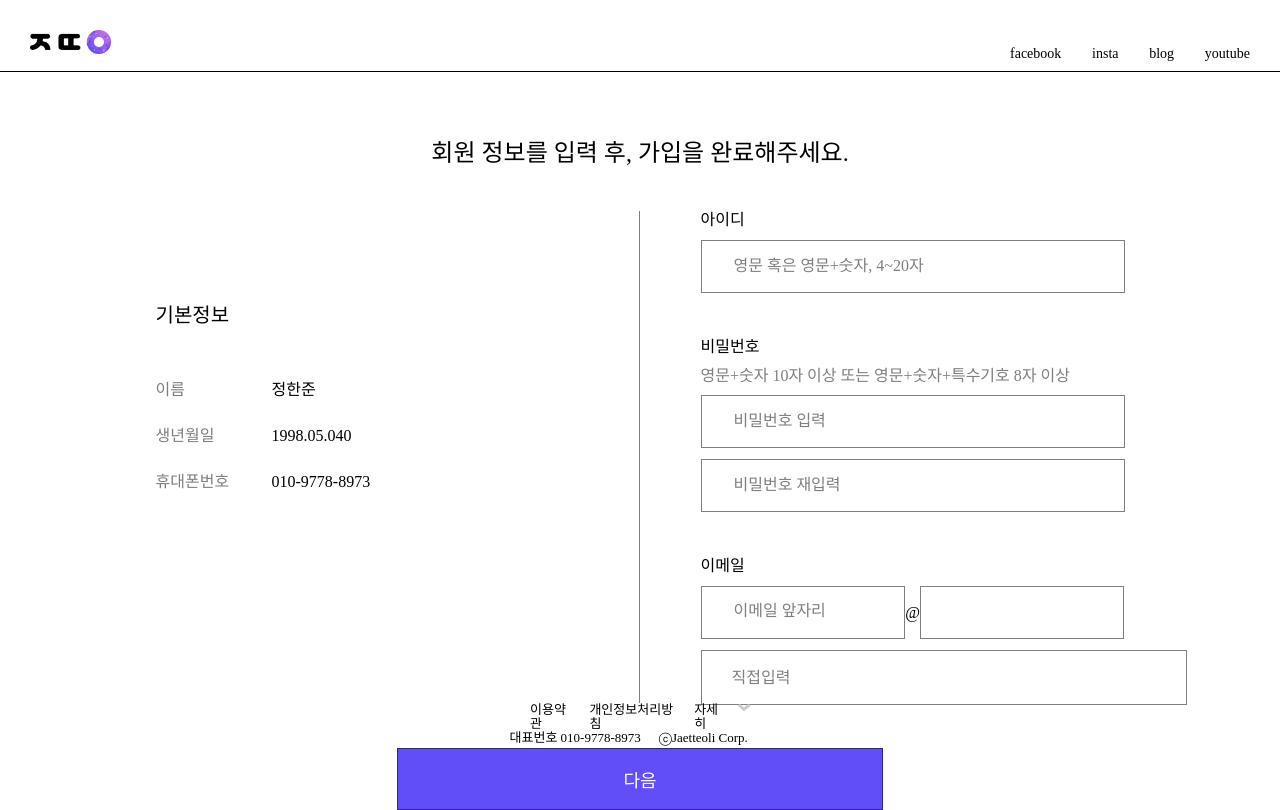
Repository: raoniee/Jaetteoli-React-Project
Page: /signup/begin
The author's editor kept a copy of each file at every save. The page is drawn from the files as they stood at one save, then again after the next save.
The browser window is 1280 px wide. The pictures show the whole page.
Some web fonts or font styles are not loaded; a fallback is used. The project was rebuilt for these pictures with package versions that can differ from the ones it lists, and the page was loaded fresh each time. Also part of the build but not shown: src/component/main/ManageReview.module.css, src/component/main/ReviewContainer.module.css, src/component/main/ReviewItem.module.css, src/component/main/ReviewItem.js, src/component/main/ReviewContainer.js, src/component/sidebar/SideBar.module.css, src/component/sidebar/SideBar.js, src/component/main/ManageReview.js and 53 more.

Above is the page before, as saved 2023-07-06 21:38:17.

### public/index.html
<!DOCTYPE html>
<html lang="en">
<script src="//t1.daumcdn.net/mapjsapi/bundle/postcode/prod/postcode.v2.js"></script>
<head>
  <meta charset="utf-8" />
  <link rel="icon" href="%PUBLIC_URL%/favicon.ico" />
  <meta name="viewport" content="width=device-width, initial-scale=1" />
  <meta name="theme-color" content="#000000" />
  <meta name="description" content="Web site created using create-react-app" />
  <link rel="apple-touch-icon" href="%PUBLIC_URL%/logo192.png" />
  <link rel="manifest" href="%PUBLIC_URL%/manifest.json" />
  <title>재떨이</title>
</head>

<body>
  <div id="overlays"></div>
  <div id="root"></div>
</body>

</html>

### src/App.js
import Header from "./component/header/Header";
import ManageReview from "./component/main/ManageReview";
import TodayMenu from "./component/main/TodayMenu";
import TodayOrder from "./component/main/TodayOrder";
import ManageSale from "./component/main/ManageSale";

// Membership
import MembershipStart from "./component/memberShip/MembershipStart";
import MembershipInformation from "./component/memberShip/MembershipInformation";
import MembershipEnd from "./component/memberShip/MembershipEnd";

// login
import LoginStart from "./component/login/LoginStart";
import IDSearch from "./component/login/IDSearch";
import IDShow from "./component/login/IDShow";
import PasswordNew from "./component/login/PasswordNew";

import Regist1 from "./component/register/Regist1";
import Regist2 from "./component/register/Regist2";
import Regist3 from "./component/register/Regist3";

import { RouterProvider, createBrowserRouter } from "react-router-dom";
import SideBar from "./component/sidebar/SideBar";
import Home from "./component/home/Home";

const router = createBrowserRouter([
  { path: "/", element: <Home /> },
  // Membership
  { path: "/signup/agree", element: <MembershipStart /> },
  { path: "/signup/begin", element: <MembershipInformation /> },
  { path: "/signup/complete", element: <MembershipEnd /> },
  // login
  { path: "/login", element: <LoginStart /> },
  { path: "/help", element: <IDSearch /> },
  { path: "/help/complete", element: <IDShow /> },
  { path: "/help/new-pw", element: <PasswordNew /> },
  //
  { path: "/today/menu", element: <TodayMenu /> },
  { path: "/today/order", element: <TodayOrder /> },
  { path: "/review", element: <ManageReview /> },
  { path: "/sales", element: <ManageSale /> },
  { path: "/register/store", element: <Regist1 /> },
  { path: "/register/menu", element: <Regist2 /> },
  { path: "/register/origin", element: <Regist3 /> },
]);

function App() {
  return <RouterProvider router={router} />;
}

export default App;

### src/store/index.js
import React from 'react';
import { configureStore } from '@reduxjs/toolkit';
import authReducer from './auth'

export default configureStore({
    reducer: {
        auth: authReducer
    },
})

### src/component/header/Header.js
import Nav from './Nav';
import style from './Header.module.css'
import logo from '../../assets/images/logo.png'

const Header = () => {
    return (
        <header>
            <div className={style.logo}>
                <img className={style.logoImg} src={logo}></img>
            </div>
            <Nav />
        </header>
    )
}

export default Header;

### src/component/memberShip/MembershipInformation.jsx
import React from "react";
import Footer from "../footer/Footer";
import Header from "../header/Header";
import style from "./MembershipInformation.module.css";

export default function MembershipInformation() {
  return (
    <div className={style.container}>
      <Header />
      <div className={style.MembershipInformation}>
        <span className={style.title}>
          회원 정보를 입력 후, 가입을 완료해주세요.
        </span>

        <div className={style.wrap}>
          <div className={style.left}>
            <p>기본정보</p>
            <div className={style.profile}>
              <ul className={style.profile_left}>
                <li>이름</li>
                <li>생년월일</li>
                <li>휴대폰번호</li>
              </ul>
              <ul className={style.profile_right}>
                <li>정한준</li>
                <li>1998.05.040</li>
                <li>010-9778-8973</li>
              </ul>
            </div>
          </div>

          <div className={style.right}>
            <form action="" className={style.ID}>
              <label htmlFor="">아이디</label>
              <input type="text" placeholder="영문 혹은 영문+숫자, 4~20자" />
            </form>

            <form action="" className={style.PASSWORD}>
              <label htmlFor="">비밀번호</label>
              <label htmlFor="">
                영문+숫자 10자 이상 또는 영문+숫자+특수기호 8자 이상
              </label>
              <input type="password" placeholder="비밀번호 입력" />
              <input type="password" placeholder="비밀번호 재입력" />
            </form>

            <form action="" className={style.EMAIL}>
              <label htmlFor="">이메일</label>
              <div className={style.email_input}>
                <input type="text" placeholder="이메일 앞자리" />
                <label>@</label>
                <input type="text" />
              </div>
              <ul className={style.email_link}>
                <li>직접입력</li>
              </ul>
            </form>
          </div>
        </div>

        <button className={style.bluebutton}>다음</button>
      </div>
      <Footer />
    </div>
  );
}

### src/store/auth.js
import { createSlice } from '@reduxjs/toolkit';

const initialStateValue = { jwt: '', name: '', firstLogin: 1, menuRegister: 1 }

export const authSlice = createSlice({
    name: "auth",
    initialState: { value: { jwt: '', name: '', firstLogin: 1, menuRegister: 1 } },
    reducers: {
        login: (state, action) => {
            state.value = action.payload
        },
        logout: (state) => {
            state.value = initialStateValue
        }
    },
});

export default authSlice.reducer;
export const { login, logout } = authSlice.actions;

### src/component/header/Nav.js
import style from './Nav.module.css'

const Nav = () => {
    return(
        <nav className={style.nav}>
            <ul className={style.navList}>
                <li>facebook</li>
                <li>insta</li>
                <li>blog</li>
                <li>youtube</li>
            </ul>
        </nav>
    )
}

export default Nav;

### src/component/header/Header.module.css
header {
    font-family: "Pretendard-SemiBold";
    width: 100%;
    height: 72px;
    display: flex;
    align-items: flex-end;
    justify-content: space-between;
    padding: 10px 30px;
    box-sizing: border-box;
    position: fixed;
    top: 0;
    left: 0;
    background-color: white;
    z-index: 1;
    border-bottom: 1px solid black;
}

.logoImg {
    width: 81px;
    height: 24px;
    margin-bottom: 4px;
}

### src/component/footer/Footer.jsx
import React from "react";
import style from "./Footer.module.css";
import { ReactComponent as ArrowDown } from '../../assets/images/arrow_down.svg'

export default function Footer() {
  return (
    <footer>
      <ul className={style.top}>
        <li>이용약관</li>
        <li>개인정보처리방침</li>
        <li>
          <p>자세히</p>
          <ArrowDown></ArrowDown>
        </li>
      </ul>
      <ul className={style.bottom}>
        <li>대표번호 010-9778-8973</li>
        <li>ⓒJaetteoli Corp.</li>
      </ul>
    </footer>
  );
}

### src/component/memberShip/MembershipInformation.module.css
.container {
  display: flex;
  flex-direction: column;
}

.MembershipInformation {
  margin: 0 auto;
  margin-top: 140px;
  /* margin-bottom: 45px; */
}

.title {
  display: block;
  text-align: center;
  font-weight: 300;
  font-size: 24px;
  line-height: 26.4px;
  margin-bottom: 45px;
}

.wrap {
  display: flex;
  /* justify-content: space-between; */
  width: 969px;
}

.left {
  padding-top: 93px;
  width: 422px;
  margin-right: 61px;
}

.left p {
  font-weight: 300;
  font-size: 20px;
  line-height: 22px;
  margin-bottom: 55px;
}

.left .profile {
  display: flex;

  font-weight: 300;
  font-size: 16px;
  line-height: 17.6px;
}

.left .profile_left {
  display: flex;
  flex-direction: column;
  gap: 28px;
  color: rgba(0, 0, 0, 0.5);

  width: 116px;
}

.left .profile_right {
  display: flex;
  flex-direction: column;
  gap: 28px;

  width: 306px;
}

.right {
  width: 486px;
  padding-left: 61px;
  font-weight: 300;
  font-size: 16px;
  line-height: 17.6px;
  border-left: 1px solid rgba(0, 0, 0, 0.5);
}

.right input {
  height: 53px;
  border: 1px solid rgba(0, 0, 0, 0.5);
}

.right input::placeholder {
  font-weight: 300;
  font-size: 16px;
  line-height: 17.6px;
  color: rgba(0, 0, 0, 0.5);
  padding-left: 30px;
}

.right .ID {
  display: flex;
  flex-direction: column;
  gap: 11px;
  margin-bottom: 45px;
}

.right .PASSWORD {
  display: flex;
  flex-direction: column;
  gap: 11px;
  margin-bottom: 45px;
}

.right .PASSWORD label:nth-child(2) {
  color: rgba(0, 0, 0, 0.5);
}

.right .EMAIL {
  display: flex;
  flex-direction: column;
  gap: 11px;
}

.right .EMAIL .email_input {
  display: flex;
  justify-content: space-between;
}

.right .EMAIL .email_input input {
  width: 217px;
}

.right .EMAIL .email_input label {
  line-height: 53px;
}

.right .EMAIL .email_link {
  width: 486px;
  height: 53px;
}

.right .EMAIL .email_link li {
  width: inherit;
  padding-left: 30px;
  border: 1px solid rgba(0, 0, 0, 0.5);
  line-height: 53px;
  color: rgba(0, 0, 0, 0.5);
}

.bluebutton {
  position: absolute;
  left: 50%;
  transform: translate(-50%, 0);
  width: 486px;
  height: 62px;
  background-color: rgba(96, 78, 248, 1);
  border: 1px solid rgba(0, 0, 0, 0.5);
  color: rgba(255, 255, 255, 1);
  margin-top: 45px;
}

### src/component/header/Nav.module.css
.nav {
    font-family: "Pretendard-Regular";
    font-size: 14px;
}

.navList {
    width: 240px;
    display: flex;
    justify-content: space-between;
}

### src/component/memberShip/AgreeAlert.module.css
* {
  font-family: "Fira Sans";
  box-sizing: border-box;
}

.wrap {
  position: absolute;
  top: 50%;
  left: 50%;
  transform: translate(-50%, -50%);
  width: 771px;
  height: 568px;
}

.top {
  display: flex;
  justify-content: space-between;
  background-color: #604ef8;
  height: 55.8px;
}

.top .title {
  font-weight: 500;
  font-size: 14px;
  line-height: 55.8px;
  color: #ffffff;
  margin-left: 31px;
}

.top .close {
  margin-top: 22px;
  margin-right: 32px;
  cursor: pointer;
}

.middle {
  background: white;
  padding: 20px 30px;
}

.middle .information ul {
  display: flex;
  margin-bottom: 15px;
}

.middle .information ul li {
  font-weight: 500;
  font-size: 13px;
  line-height: 15.6px;
}

.middle .information ul li:nth-child(1) {
  flex-grow: 15;
}
.middle .information ul li:nth-child(2) {
  text-align: right;
  flex-grow: 1;
}
.middle .information ul li:nth-child(3) {
  text-align: right;
  flex-grow: 1;
}

.middle .information p {
  padding: 10px 7px;
  height: 360.97px;
  font-weight: 400;
  font-size: 11px;
  line-height: 13.2px;
  border: 1px solid #dadada;
  overflow-y: scroll;
}

.bottom {
  position: relative;
  height: 82px;
  background-color: #f6f6f6;
}

.bottom button {
  position: absolute;
  bottom: 21px;
  right: 30.5px;
  width: 97.5px;
  height: 31px;
  border: 1px solid #604ef8;
  border-radius: 5px;
  cursor: pointer;
}

### src/component/footer/Footer.module.css
/* * {
  outline: 1px solid #363;
} */

footer {
  height: 71px;
  font-weight: 300;
  font-size: 13px;
  line-height: 14.3px;
}

footer ul {
  display: flex;
}

.top {
  width: 220px;
  gap: 14px;
  margin: 0 auto;
}

.top li {
  display: flex;
}

.top li p {
  margin-right: 10px;
}

.bottom {
  width: 261px;
  gap: 18px;
  margin: 0 auto;
}

### src/component/home/Login.module.css
.btnContainer {
    width: 276px;
    height: 48px;
    display: flex;
    justify-content: space-around;
}

button {
    width: 114px;
    height: 48px;
    border: 2px solid #604EF8;
    font-family: 'Pretendard-Regular';
    font-size: 18px;
}

.login {
    background-color: white;

}

.signup {
    background-color: #604EF8;
    color: white;
}

Loaded but not shown: src/index.js (common file); src/index.css (common file)

After the next save:
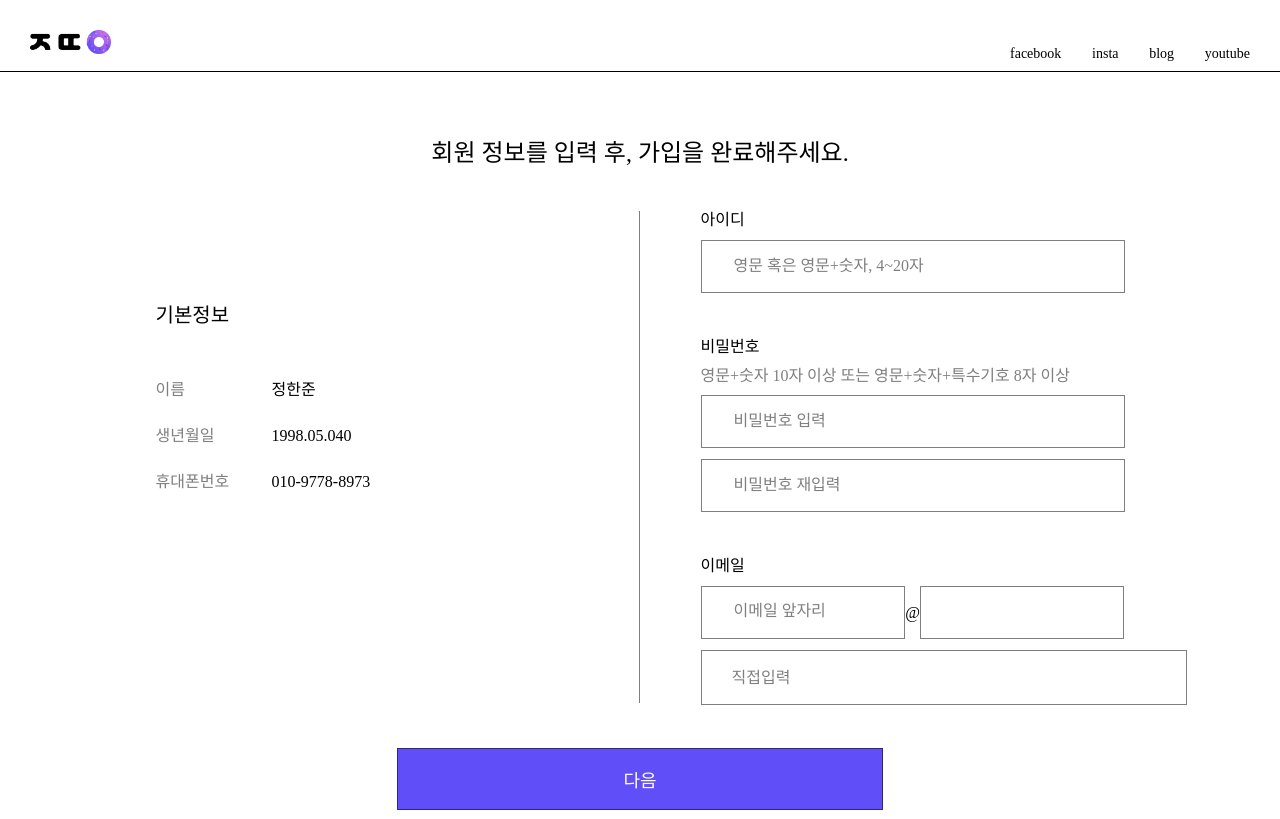
Saved 4 s later.
--- a/src/component/memberShip/MembershipInformation.module.css
+++ b/src/component/memberShip/MembershipInformation.module.css
@@ -6,7 +6,7 @@
 .MembershipInformation {
   margin: 0 auto;
   margin-top: 140px;
-  /* margin-bottom: 45px; */
+  margin-bottom: 45px;
 }
 
 .title {
